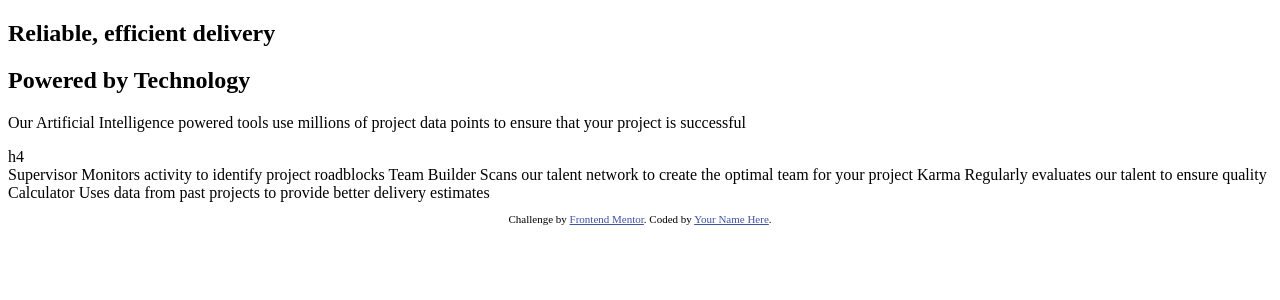
Repository: BuduCE/four-card-feature-section-master
Page: index.html
The author's editor kept a copy of each file at every save. The page is drawn from the files as they stood at one save, then again after the next save.
The browser window is 1280 px wide. The pictures show the whole page.

Above is the page before, as saved 2023-06-01 21:24:56.

### index.html
<!DOCTYPE html>
<html lang="en">
<head>
  <meta charset="UTF-8">
  <meta name="viewport" content="width=device-width, initial-scale=1.0"> <!-- displays site properly based on user's device -->

  <link rel="icon" type="image/png" sizes="32x32" href="./images/favicon-32x32.png">

  <title>Frontend Mentor | Four card feature section</title>

  <!-- Feel free to remove these styles or customise in your own stylesheet 👍 -->
  <style>
    .attribution { font-size: 11px; text-align: center; }
    .attribution a { color: hsl(228, 45%, 44%); }
  </style>
</head>
<body>
  <h2>Reliable, efficient delivery</h2>
  <h2>Powered by Technology</h2>

  <p>Our Artificial Intelligence powered tools use millions of project data points
  to ensure that your project is successful</p>

  <div class="product_card">
    <div class="card">
      h4
    </div>
    <div class="card"></div>
    <div class="card"></div>
  </div>

  Supervisor
  Monitors activity to identify project roadblocks

  Team Builder
  Scans our talent network to create the optimal team for your project

  Karma
  Regularly evaluates our talent to ensure quality

  Calculator
  Uses data from past projects to provide better delivery estimates


  <footer>
    <p class="attribution">
      Challenge by <a href="https://www.frontendmentor.io?ref=challenge" target="_blank">Frontend Mentor</a>.
      Coded by <a href="#">Your Name Here</a>.
    </p>
  </footer>
</body>
</html>

After the next save:
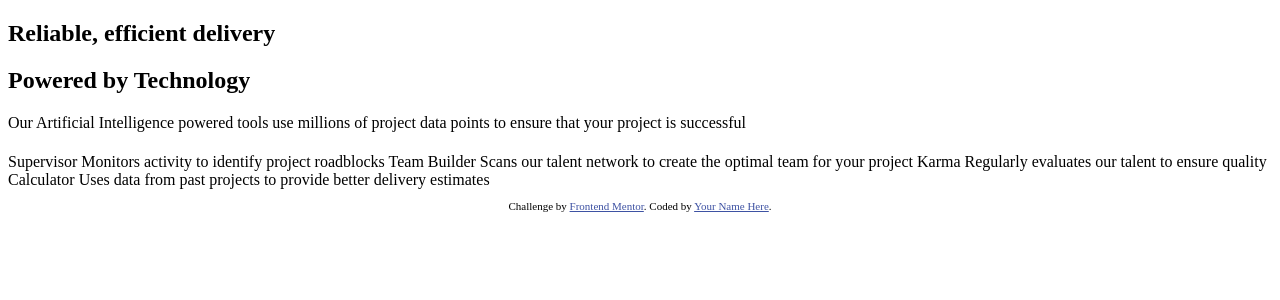
Saved 4 s later.
--- a/index.html
+++ b/index.html
@@ -23,7 +23,7 @@
 
   <div class="product_card">
     <div class="card">
-      h4
+      <h4></h4>
     </div>
     <div class="card"></div>
     <div class="card"></div>
